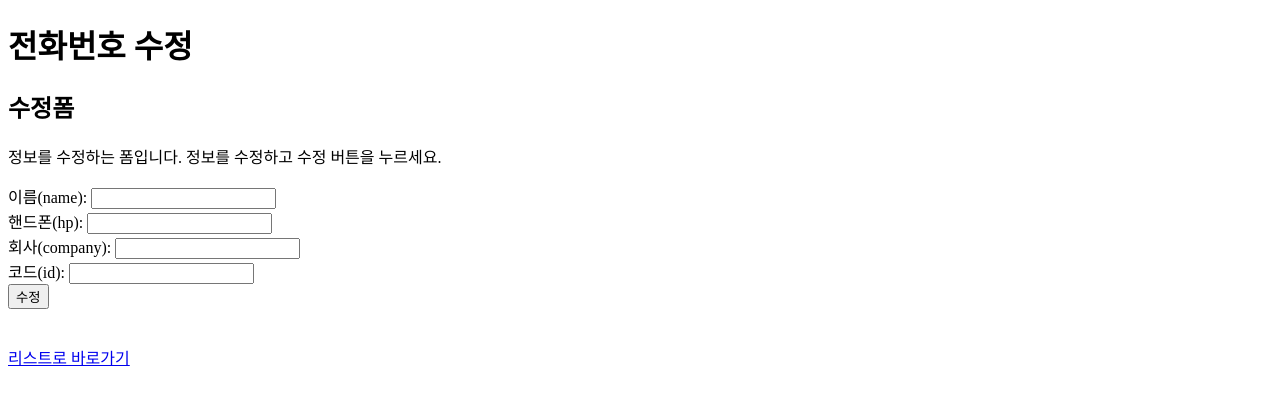
Repository: Kwonharu/workspace-web
Page: http://localhost/phonebook2/update.jsp
The author's editor kept a copy of each file at every save. The page is drawn from the files as they stood at one save, then again after the next save.
The browser window is 1280 px wide. The pictures show the whole page.
The page is served by Tomcat 9. Queries for data that is not in the repository find no rows.

Above is the page before, as saved 2023-09-05 05:28:45.

### phonebook2/WebContent/update.jsp
<%@ page language="java" contentType="text/html; charset=UTF-8" pageEncoding="UTF-8"%>

<%@ page import="java.util.List" %>
<%@ page import="com.javaex.vo.PersonVo" %>
<%@ page import="com.javaex.dao.PersonDao" %>

<%
	request.setCharacterEncoding("UTF-8");

	//파라미터 값 꺼내오기
	String name = request.getParameter("name");
	String hp = request.getParameter("hp");
	String company = request.getParameter("company");
	String id = request.getParameter("id");

	//vo에 담기
	PersonVo personVo = new PersonVo();
	personVo.setCompany(name);
	personVo.setCompany(hp);
	personVo.setCompany(company);
	personVo.setCompany(id);

	//Dao를 통해서 데이터 저장
	PersonDao personDao = new PersonDao();
	int count = personDao.personUpdate(personVo);

	//redirect list
	//response.sendRedirect("./list.jsp");

%>

<!DOCTYPE html>
<html>
<head>
<meta charset="UTF-8">
<title>Insert title here</title>
</head>
<body>
	<h1><% %> 전화번호 수정</h1>
	<h2>수정폼</h2>

	<p>정보를 수정하는 폼입니다. 정보를 수정하고 수정 버튼을 누르세요.</p>

	<!-- http://localhost:8000/phonebook2/insert.jsp?name=asdf&hp=asdf&company=asdf -->
	<form action="./insert.jsp" method="post">
		이름(name): <input type="text" name="name"><br>
		핸드폰(hp): <input type="text" name="hp"><br>
		회사(company): <input type="text" name="company"><br>
		코드(id): <input type="text" name="id"><br>

		<button type="submit">수정</button>
	</form>

	<br>
	<br>

	<a href="./list.jsp">리스트로 바로가기</a>

</body>
</html>

### phonebook2/src/main/java/com/javaex/vo/PersonVo.java
package com.javaex.vo;

public class PersonVo {

	private int person_id;
	private String name;
	private String hp;
	private String company;


	public PersonVo() {

	}

	public PersonVo(int person_id, String name, String hp, String company) {
		super();
		this.person_id = person_id;
		this.name = name;
		this.hp = hp;
		this.company = company;
	}

	public PersonVo(String name, String hp, String company) {
		super();
		this.name = name;
		this.hp = hp;
		this.company = company;
	}


	public int getPerson_id() {
		return person_id;
	}

	public void setPerson_id(int person_id) {
		this.person_id = person_id;
	}

	public String getName() {
		return name;
	}

	public void setName(String name) {
		this.name = name;
	}

	public String getHp() {
		return hp;
	}

	public void setHp(String hp) {
		this.hp = hp;
	}

	public String getCompany() {
		return company;
	}

	public void setCompany(String company) {
		this.company = company;
	}


	@Override
	public String toString() {
		return "PersonVo [person_id=" + person_id + ", name=" + name + ", hp=" + hp + ", company=" + company + "]";
	}

}

### phonebook2/src/main/java/com/javaex/dao/PersonDao.java
package com.javaex.dao;

import java.sql.Connection;
import java.sql.DriverManager;
import java.sql.PreparedStatement;
import java.sql.ResultSet;
import java.sql.SQLException;
import java.util.ArrayList;
import java.util.List;

import com.javaex.vo.PersonVo;

public class PersonDao {

	// 필드
	// 0. import java.sql.*;
	private Connection conn = null;
	private PreparedStatement pstmt = null;
	private ResultSet rs = null;

	private String driver = "oracle.jdbc.driver.OracleDriver";
	private String url = "jdbc:oracle:thin:@localhost:1521:xe";
	private String id = "webdb";
	private String pw = "webdb";

	// 생성자
	public PersonDao() {
	}

	// 메소드 gs

	// 메소드 일반
	private void getConnect() {

		try {
			// 1. JDBC 드라이버 (Oracle) 로딩
			Class.forName(driver);

			// 2. Connection 얻어오기
			conn = DriverManager.getConnection(url, id, pw);

		} catch (ClassNotFoundException e) {
			System.out.println("error: 드라이버 로딩 실패 - " + e);
		} catch (SQLException e) {
			System.out.println("error:" + e);
		}

	}

	private void close() {
		// 5. 자원정리
		try {
			if (rs != null) {
				rs.close();
			}
			if (pstmt != null) {
				pstmt.close();
			}
			if (conn != null) {
				conn.close();
			}
		} catch (SQLException e) {
			System.out.println("error:" + e);
		}
	}

	// 사람등록
	public int personInsert(PersonVo personVo) { //Vo로 받았음
		int count = -1;

		this.getConnect();

		try {
			// 3. SQL문 준비 / 바인딩 / 실행
			// SQL문 준비
			String query = "";
			query += " insert into person ";
			query += " values(seq_person_id.nextval, ?, ?, ?) ";

			pstmt = conn.prepareStatement(query);

			// 바인딩 vo에서 값을 setter로 꺼낸다
			pstmt.setString(1, personVo.getName());
			pstmt.setString(2, personVo.getHp());
			pstmt.setString(3, personVo.getCompany());

			// 실행
			count = pstmt.executeUpdate();

			// 4.결과처리
			// System.out.println(count + "건 등록되었습니다.");

		} catch (SQLException e) {
			System.out.println("error:" + e);
		}

		this.close();

		return count;
	}

	// 사람삭제
	public int personDelete(int personId) {

		int count = -1;

		this.getConnect();

		try {
			// 3. SQL문 준비 / 바인딩 / 실행
			// SQL문 준비
			String query = "";
			query += " delete from person ";
			query += " where person_id = ? ";

			pstmt = conn.prepareStatement(query);

			// 바인딩
			pstmt.setInt(1, personId);

			// 실행
			count = pstmt.executeUpdate();

			// 4.결과처리
			// System.out.println(count + "건 등록되었습니다.");

		} catch (SQLException e) {
			System.out.println("error:" + e);
		}

		this.close();

		return count;

	}



	//수정
	public int personUpdate(PersonVo personVo) {

		int count = -1;

		this.getConnect();

		try {
			// 3. SQL문 준비 / 바인딩 / 실행
			// SQL문 준비
			String query = "";
			query += " update person ";
			query += " set name = ?, ";
			query += " 	   hp = ?, ";
			query += "     company = ? ";
			query += " where person_id = ? ";

			pstmt = conn.prepareStatement(query);

			// 바인딩
			pstmt.setString(1, personVo.getName());
			pstmt.setString(2, personVo.getHp());
			pstmt.setString(3, personVo.getCompany());
			pstmt.setInt(4,personVo.getPerson_id());

			// 실행
			count = pstmt.executeUpdate();

			// 4.결과처리
			// System.out.println(count + "건 등록되었습니다.");

		} catch (SQLException e) {
			System.out.println("error:" + e);
		}

		this.close();

		return count;

	}


	// 사람리스트  personSelect(String keyword) 로 통합
	/*
	public List<PersonVo> personSelect() {

		List<PersonVo> personList = new ArrayList<PersonVo>();

		this.getConnect();

		try {
			// 3. SQL문 준비 / 바인딩 / 실행
			// SQL문 준비
			String query = "";
			query += " select  person_id, ";
			query += "         name, ";
			query += "         hp, ";
			query += "         company ";
			query += " from person ";

			pstmt = conn.prepareStatement(query);

			// 바인딩

			// 실행
			rs = pstmt.executeQuery();

			// 4.결과처리
			while (rs.next()) {

				int personId = rs.getInt(1);
				String name = rs.getString(2);
				String hp = rs.getString(3);
				String company = rs.getString(4);

				PersonVo personVo = new PersonVo(personId, name, hp, company);

				personList.add(personVo);

			}

		} catch (SQLException e) {
			System.out.println("error:" + e);
		}

		this.close();

		return personList;

	}
	*/

	// 검색
	public List<PersonVo> personSelect(String keyword) {

		List<PersonVo> personList = new ArrayList<PersonVo>();

		this.getConnect();

		try {
			// 3. SQL문 준비 / 바인딩 / 실행
			// SQL문 준비
			String query = "";
			query += " select  person_id, ";
			query += "         name, ";
			query += "         hp, ";
			query += "         company ";
			query += " from person ";
			/**********************************************************************/
			if(!keyword.equals("")) { //keyword가 ""가 아니면 ==> keyword가 있으면 검색
				query += " where name like ? ";
			}

			pstmt = conn.prepareStatement(query);

			// 바인딩**********************************************************************
			if(!keyword.equals("")) { //keyword가 ""가 아니면 ==> keyword가 있으면 검색
				pstmt.setString(1, "%"+keyword+"%");
			}

			// 실행
			rs = pstmt.executeQuery();

			// 4.결과처리
			while (rs.next()) {

				int personId = rs.getInt(1);
				String name = rs.getString(2);
				String hp = rs.getString(3);
				String company = rs.getString(4);

				PersonVo personVo = new PersonVo(personId, name, hp, company);

				personList.add(personVo);

			}

		} catch (SQLException e) {
			System.out.println("error:" + e);
		}

		this.close();

		return personList;

	}
}

After the next save:
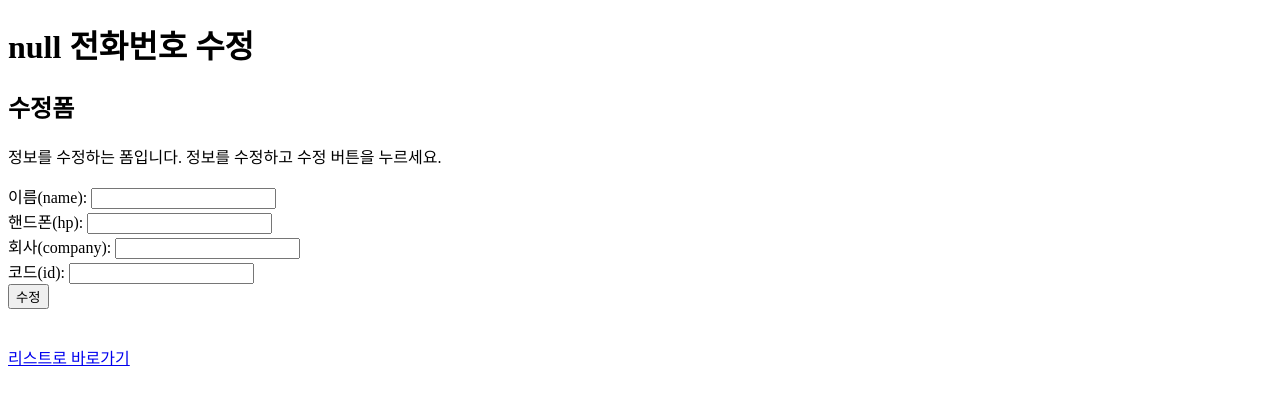
Saved 14 s later.
--- a/phonebook2/WebContent/update.jsp
+++ b/phonebook2/WebContent/update.jsp
@@ -36,7 +36,7 @@
 <title>Insert title here</title>
 </head>
 <body>
-	<h1><% %> 전화번호 수정</h1>
+	<h1><%=name%> 전화번호 수정</h1>
 	<h2>수정폼</h2>
 
 	<p>정보를 수정하는 폼입니다. 정보를 수정하고 수정 버튼을 누르세요.</p>
